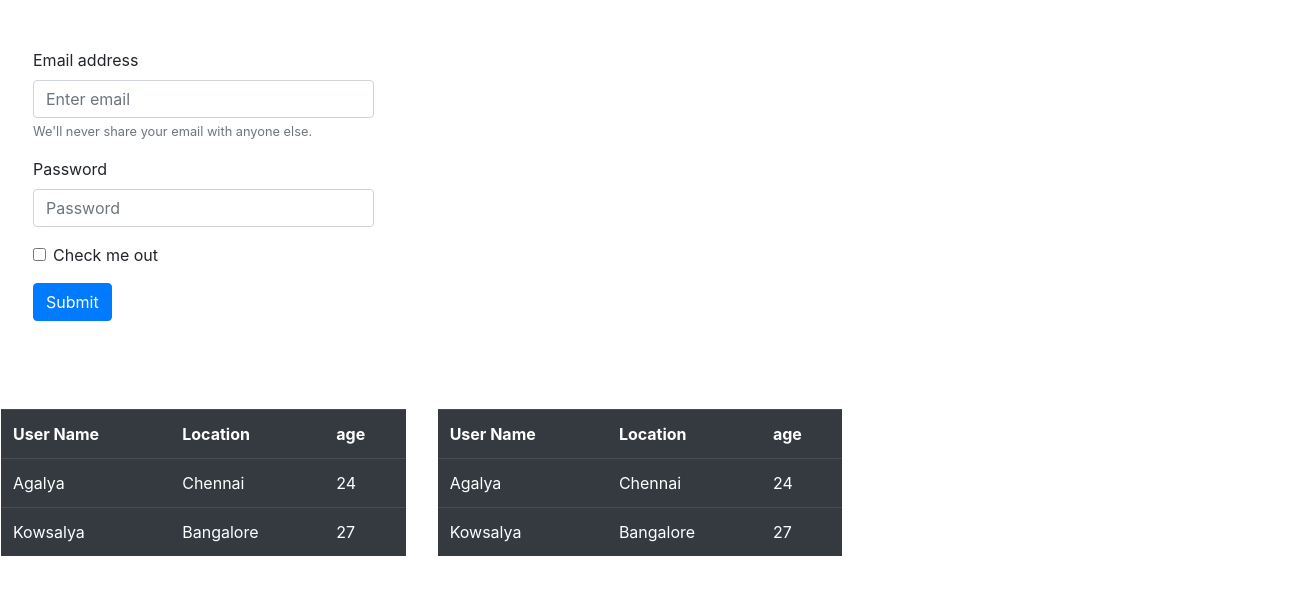
Repository: rajeshkannane/java1
Page: Form/public/index.html
These files come from the project's save history. The page is drawn as it stood at one moment and after the next save; the edit follows.
The browser window is 1280 px wide. The page is 1295 px wide, so the pictures cover 1295 px, including what lies to the right of the window. The pictures show the whole page.

Above is the page before, as saved 2022-11-14 17:01:03.

### Form/public/index.html
<!DOCTYPE html>
<html>
<head>
            <meta charset="UTF-8">
            <title>Form Demo</title>
            <link rel="stylesheet" href="https://stackpath.bootstrapcdn.com/bootstrap/4.3.1/css/bootstrap.min.css" integrity="sha384-ggOyR0iXCbMQv3Xipma34MD+dH/1fQ784/j6cY/iJTQUOhcWr7x9JvoRxT2MZw1T" crossorigin="anonymous">
        </head>


<body>
<div class="row">
<div class="col-sm-4 p-5" style="border-width:10">
<form>
  <div class="form-group">
    <label for="exampleInputEmail1">Email address</label>
    <input type="email" class="form-control" id="exampleInputEmail1" aria-describedby="emailHelp" placeholder="Enter email">
    <small id="emailHelp" class="form-text text-muted">We'll never share your email with anyone else.</small>
  </div>
  <div class="form-group">
    <label for="exampleInputPassword1">Password</label>
    <input type="password" class="form-control" id="exampleInputPassword1" placeholder="Password">
  </div>
  <div class="form-group form-check">
    <input type="checkbox" class="form-check-input" id="exampleCheck1">
    <label class="form-check-label" for="exampleCheck1">Check me out</label>
  </div>
  <button type="submit" class="btn btn-primary">Submit</button>
</form>
</div>
</div>

<br>
<div class="row">
<div class="col-sm-4 p-3" >
<table class="table table-dark" style="text-align:1%">
  <tr>
    <th>User Name</th>
    <th>Location</th>
    <th>age</th>
  </tr>
  <tr>
    <td>Agalya</td>
    <td>Chennai</td>
    <td>24</td>
  </tr>
  <tr>
    <td>Kowsalya</td>
    <td>Bangalore</td>
    <td>27</td>
  </tr>
    </table>
    </div>
    <div class="col-sm-4 p-3" >
<table class="table table-dark" style="text-align:1%">
  <tr>
    <th>User Name</th>
    <th>Location</th>
    <th>age</th>
  </tr>
  <tr>
    <td>Agalya</td>
    <td>Chennai</td>
    <td>24</td>
  </tr>
  <tr>
    <td>Kowsalya</td>
    <td>Bangalore</td>
    <td>27</td>
  </tr>
    </table>
    </div>
    </div>
</body>
</html>

After the next save:
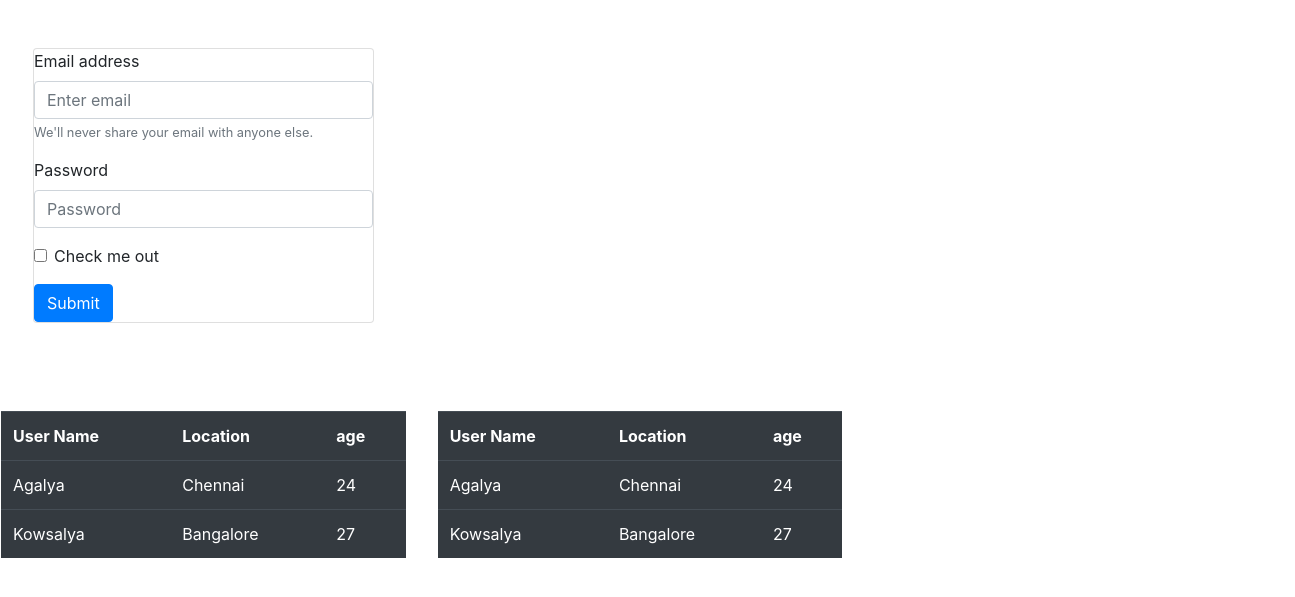
Saved 2 min 29 s later.
--- a/Form/public/index.html
+++ b/Form/public/index.html
@@ -10,6 +10,7 @@
 <body>
 <div class="row">
 <div class="col-sm-4 p-5" style="border-width:10">
+<div class="card">
 <form>
   <div class="form-group">
     <label for="exampleInputEmail1">Email address</label>
@@ -26,6 +27,7 @@
   </div>
   <button type="submit" class="btn btn-primary">Submit</button>
 </form>
+</div>
 </div>
 </div>
 
